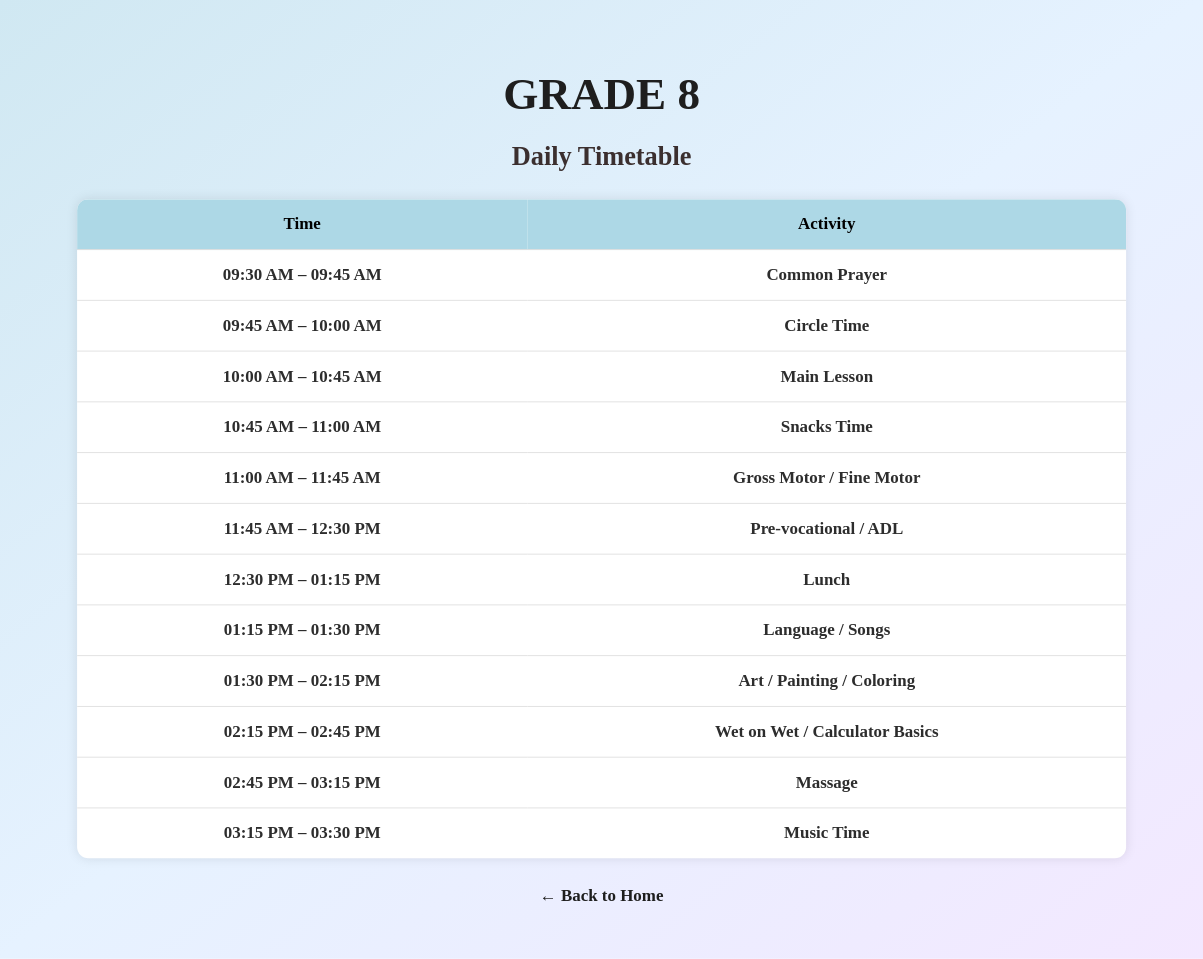
Repository: atchayasasikumar10/timetable-website
Page: http://localhost/
These files come from the project's save history. The page is drawn as it stood at one moment and after the next save; the edit follows.
The browser window is 1280 px wide. The pictures show the whole page, at 94% of full size.
The page is served by the project's application, run on Flask 3 (main.py).

Above is the page before, as saved 2025-06-27 20:08:24.

After the next save:
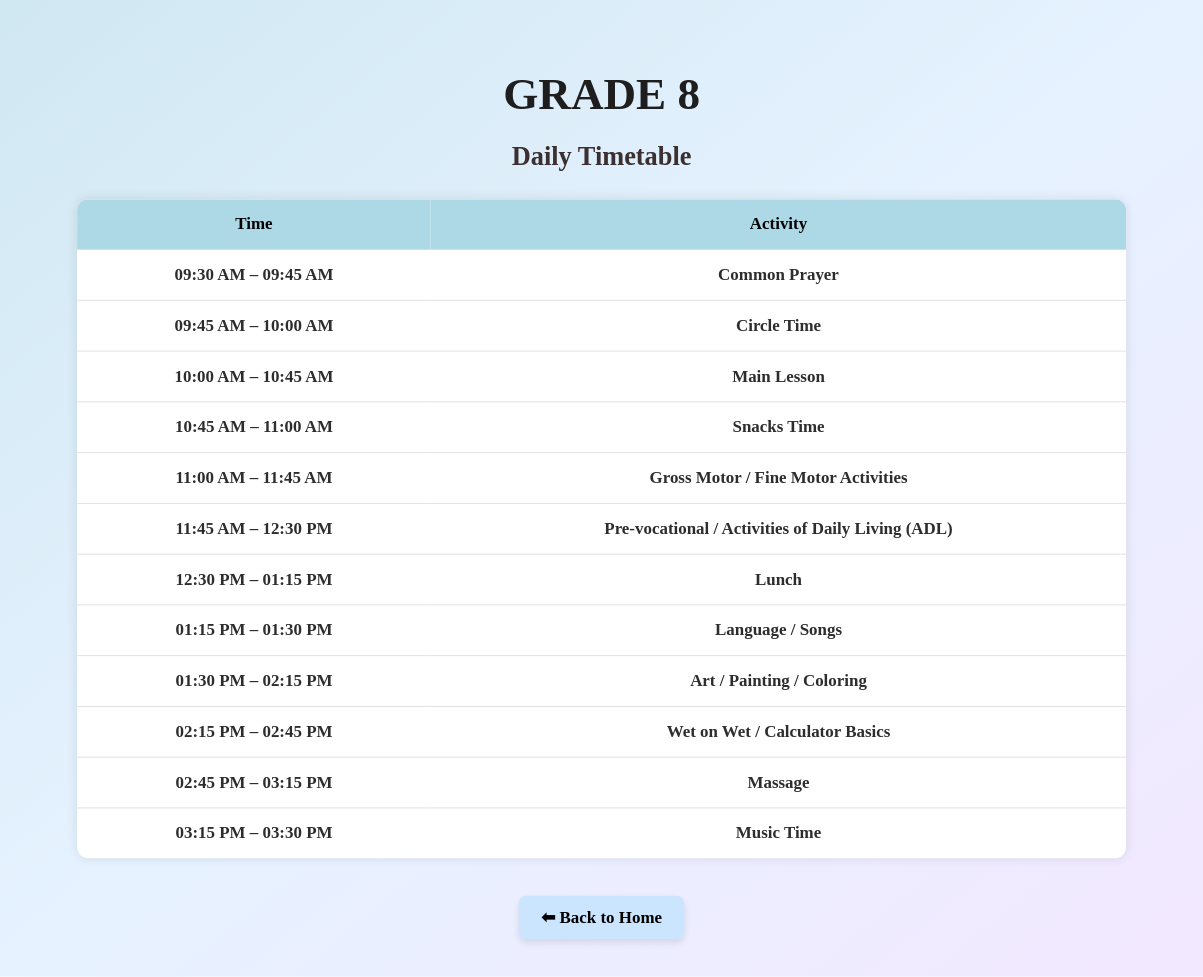
Saved 89 s later.
--- a/templates/index.html
+++ b/templates/index.html
@@ -40,31 +40,43 @@
             padding: 16px 20px;
             border-bottom: 1px solid #e0e0e0;
             font-size: 18px;
-            text-align: center;
-            vertical-align: middle;
         }
 
         th {
             background-color: #add8e6;
             color: #000;
+            text-align: center;
+        }
+
+        td {
+            text-align: center;
         }
 
         tr:last-child td {
             border-bottom: none;
         }
 
-        .home-link {
-            margin-top: 30px;
+        /* Back button style */
+        .back-button {
+            margin-top: 40px;
         }
 
-        .home-link a {
+        .back-button a {
             text-decoration: none;
-            color: #1e1e1e;
+            background-color: #cce5ff;
+            color: black;
+            padding: 12px 24px;
+            border-radius: 8px;
             font-size: 18px;
+            display: inline-block;
+            font-family: 'Times New Roman', Times, serif;
+            font-weight: bold;
+            box-shadow: 0 4px 8px rgba(0,0,0,0.1);
+            transition: background-color 0.3s ease;
         }
 
-        .home-link a:hover {
-            text-decoration: underline;
+        .back-button a:hover {
+            background-color: #b3d7ff;
         }
 
         @media (max-width: 600px) {
@@ -93,22 +105,59 @@
             <th>Time</th>
             <th>Activity</th>
         </tr>
-        <tr><td>09:30 AM – 09:45 AM</td><td>Common Prayer</td></tr>
-        <tr><td>09:45 AM – 10:00 AM</td><td>Circle Time</td></tr>
-        <tr><td>10:00 AM – 10:45 AM</td><td>Main Lesson</td></tr>
-        <tr><td>10:45 AM – 11:00 AM</td><td>Snacks Time</td></tr>
-        <tr><td>11:00 AM – 11:45 AM</td><td>Gross Motor / Fine Motor</td></tr>
-        <tr><td>11:45 AM – 12:30 PM</td><td>Pre-vocational / ADL</td></tr>
-        <tr><td>12:30 PM – 01:15 PM</td><td>Lunch</td></tr>
-        <tr><td>01:15 PM – 01:30 PM</td><td>Language / Songs</td></tr>
-        <tr><td>01:30 PM – 02:15 PM</td><td>Art / Painting / Coloring</td></tr>
-        <tr><td>02:15 PM – 02:45 PM</td><td>Wet on Wet / Calculator Basics</td></tr>
-        <tr><td>02:45 PM – 03:15 PM</td><td>Massage</td></tr>
-        <tr><td>03:15 PM – 03:30 PM</td><td>Music Time</td></tr>
+        <tr>
+            <td>09:30 AM – 09:45 AM</td>
+            <td>Common Prayer</td>
+        </tr>
+        <tr>
+            <td>09:45 AM – 10:00 AM</td>
+            <td>Circle Time</td>
+        </tr>
+        <tr>
+            <td>10:00 AM – 10:45 AM</td>
+            <td>Main Lesson</td>
+        </tr>
+        <tr>
+            <td>10:45 AM – 11:00 AM</td>
+            <td>Snacks Time</td>
+        </tr>
+        <tr>
+            <td>11:00 AM – 11:45 AM</td>
+            <td>Gross Motor / Fine Motor Activities</td>
+        </tr>
+        <tr>
+            <td>11:45 AM – 12:30 PM</td>
+            <td>Pre-vocational / Activities of Daily Living (ADL)</td>
+        </tr>
+        <tr>
+            <td>12:30 PM – 01:15 PM</td>
+            <td>Lunch</td>
+        </tr>
+        <tr>
+            <td>01:15 PM – 01:30 PM</td>
+            <td>Language / Songs</td>
+        </tr>
+        <tr>
+            <td>01:30 PM – 02:15 PM</td>
+            <td>Art / Painting / Coloring</td>
+        </tr>
+        <tr>
+            <td>02:15 PM – 02:45 PM</td>
+            <td>Wet on Wet / Calculator Basics</td>
+        </tr>
+        <tr>
+            <td>02:45 PM – 03:15 PM</td>
+            <td>Massage</td>
+        </tr>
+        <tr>
+            <td>03:15 PM – 03:30 PM</td>
+            <td>Music Time</td>
+        </tr>
     </table>
 
-    <div class="home-link">
-        <p><a href="/">← Back to Home</a></p>
+    <!-- Back to Home button -->
+    <div class="back-button">
+        <a href="/">⬅ Back to Home</a>
     </div>
 
 </body>
